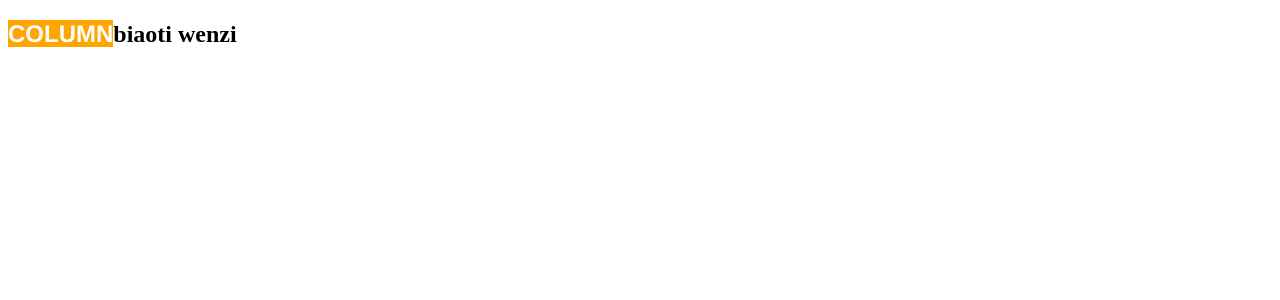
Repository: lixinso/html5
Page: workspace/CSS3/WebContent/selector_insert/selector_alt.html
An editor plug-in stored every save of this project. The page is shown before and after the next save, followed by the edit.
The browser window is 1280 px wide. The pictures show the whole page.

Above is the page before, as saved 2011-05-27 15:48:07.

After the next save:
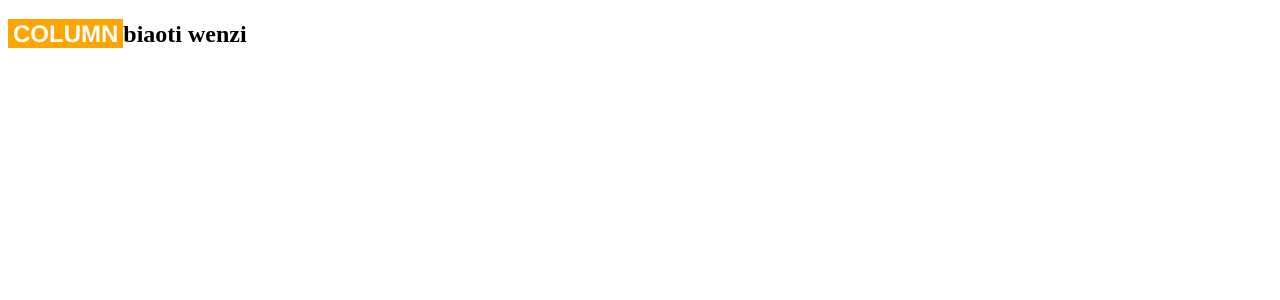
Saved 12 s later.
--- a/workspace/CSS3/WebContent/selector_insert/selector_alt.html
+++ b/workspace/CSS3/WebContent/selector_insert/selector_alt.html
@@ -10,6 +10,8 @@
 			color: white;
 			background-color: orange;
 			font-family: 'Comic Sans MS', Helvetica, sans-serif;
+			padding: 1px 5px
+
 		}
 
 	</style>
